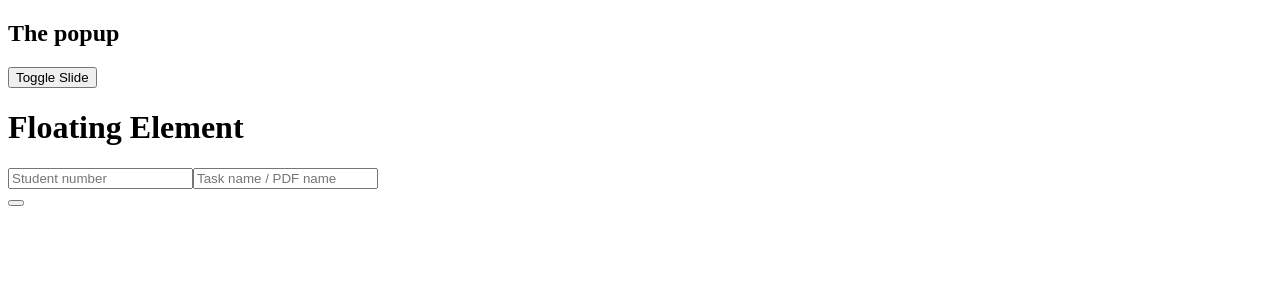
Repository: Morta-Organization/Dropbox-File-Finder-UI-popup-chrome-extension
Page: popup.html
The author's editor kept a copy of each file at every save. The page is drawn from the files as they stood at one save, then again after the next save.
The browser window is 1280 px wide. The pictures show the whole page.

Above is the page before, as saved 2023-04-13 09:04:09.
Console error: TypeError: Cannot read properties of undefined (reading 'textContent')

### popup.html
<!DOCTYPE html>
<html lang="en">

<head>
   <meta charset="UTF-8">

   <meta http-equiv="X-UA-Compatible" content="IE=edge">
   <script src="./content.js" defer></script>
   <meta name="viewport" content="width=device-width, initial-scale=1.0">
   <title>Document</title>
</head>

<body>
    <div>
      <h2 class="h2-heading" id="h2Tag1">The popup</h2>
       </div>
    </div>






</body>

</html>

### content.js
const inputContainer = document.createElement("div");
inputContainer.className = "main-input-container";
let inputField1 = document.createElement("input");
let inputField2 = document.createElement("input");
let getFilesBtnContainer = document.createElement("div");
let getFilesBtn = document.createElement("button");
getFilesBtn.className = "button button1 getFIles";
getFilesBtnContainer.appendChild(getFilesBtn);

// Function to create the UI elements
function createUI() {
  // Create the floating element
  const floatingElement = document.createElement("div");
  const header = document.createElement("h1");
  header.innerText = "Floating Element";
  floatingElement.className = "box-layout slide-in-left";


  //create the toggle button
  let slideBtn = document.createElement("button");
    slideBtn.className="slide-btn"
    slideBtn.textContent = "Toggle Slide"
    slideBtn.addEventListener('click', () => {

        floatingElement.classList.toggle('slide-out-left');
        slideBtn.classList.toggle('toggleBtn')
      });

  inputField1.id = "myInputField1";
  inputField1.type = "text";
  inputField1.placeholder = "Student number";

  inputField2.id = "myInputField2";
  inputField2.type = "text";
  inputField2.placeholder = "Task name / PDF name";

  floatingElement.prepend(slideBtn);
  floatingElement.appendChild(header);
  inputContainer.appendChild(inputField1);
  inputContainer.appendChild(inputField2);
  inputContainer.appendChild(getFilesBtnContainer);
  floatingElement.appendChild(inputContainer);


  document.body.appendChild(floatingElement);

  // Call function to get page values and update UI elements
  extractTaskName();
  extractStudentNumber()
}

//Extracts the task name from the page elements
function extractTaskName() {
  // Find all h6 elements containing the word "Task"
  let h6Tags = [...document.querySelectorAll("h6")].filter((task) =>
    task.textContent.includes("Task")
  );

  // Loop through each h6 element and extract the text after "-"
  h6Tags.forEach((task) => {
    const text = task.textContent.trim();
    const index = text.indexOf("-") + 1;

    let result;

    // If the text contains "-", extract the text after "-" and check if it contains ":"
    if (index !== 0) {
      result = text.substring(index).trim();

      // If the result contains ":", extract the text after the last ":" instead
      if (result.includes(":")) {
        const lastIndex = result.lastIndexOf(":") + 1;
        result = result.substring(lastIndex).trim();
      }
    }

    // Log the result
    //console.log(result);
    inputField2.value = result;
  });
}

//Extract the student number from the page elements
function extractStudentNumber() {
  // Select all h6 elements on the page
  const h6Element = [...document.querySelectorAll("h6")].filter((task) =>
  task.textContent.includes("Student number")
)
    const studentNumber = h6Element[0].textContent.split(":")[1].trim();
    inputField1.value = studentNumber;
}

// Call createUI function to create the UI elements
createUI();

After the next save:
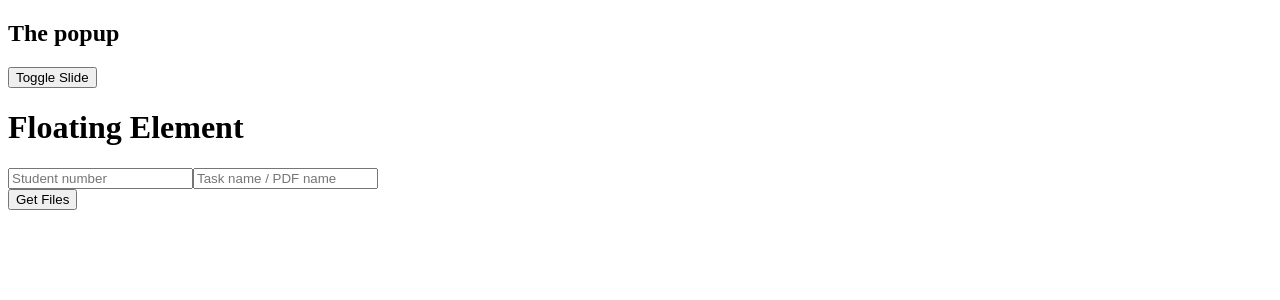
Saved 61 s later.
--- a/content.js
+++ b/content.js
@@ -5,6 +5,7 @@ let inputField2 = document.createElement("input");
 let getFilesBtnContainer = document.createElement("div");
 let getFilesBtn = document.createElement("button");
 getFilesBtn.className = "button button1 getFIles";
+getFilesBtn.textContent = "Get Files";
 getFilesBtnContainer.appendChild(getFilesBtn);
 
 // Function to create the UI elements
